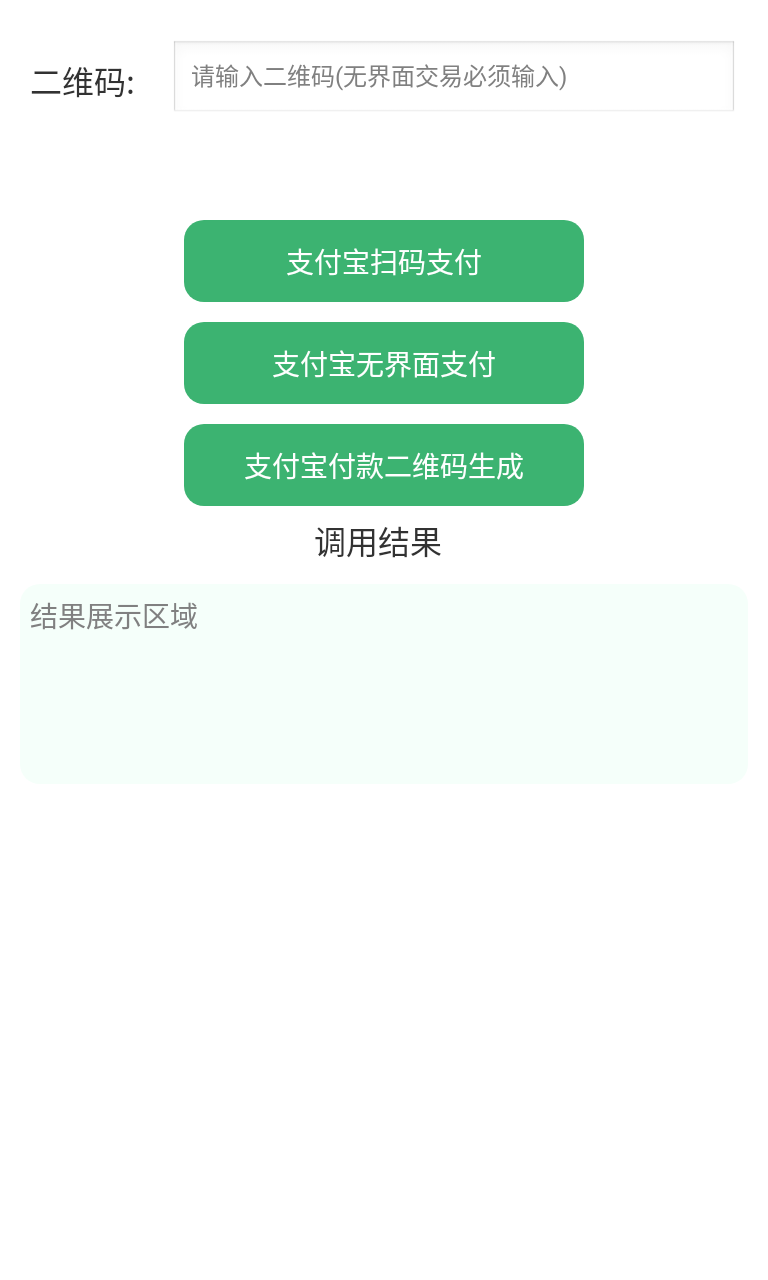
Repository: blanks1314/sysnc_android
Layout: UpayDemo/res/layout/fragment_wexin.xml
An editor plug-in stored every save of this project. The layout is shown before and after the next save, followed by the edit.
It is drawn on a 768 x 1280 px phone screen (xhdpi) without system bars, with theme AppTheme; the app's code is not run.

Above is the layout before, as saved 2015-04-28 06:54:05.

After the next save:
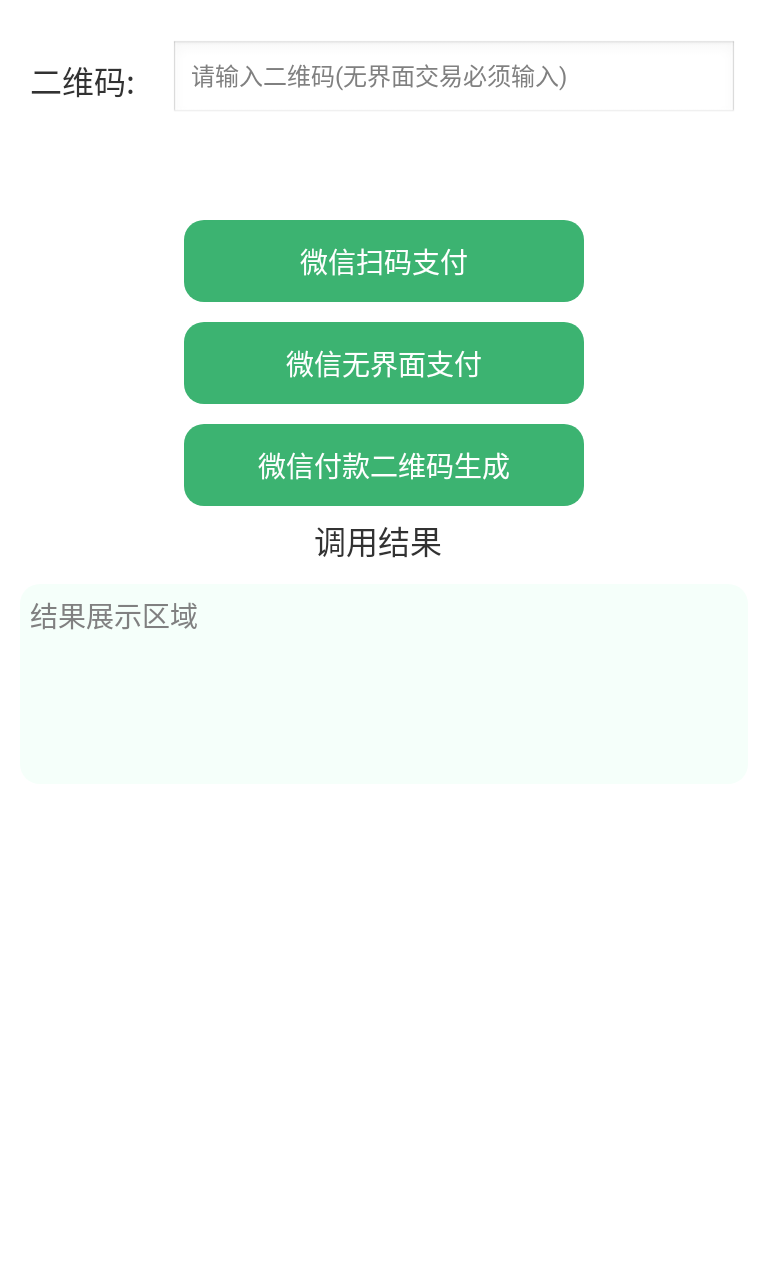
Saved 9 min 3 s later.
--- a/UpayDemo/res/layout/fragment_wexin.xml
+++ b/UpayDemo/res/layout/fragment_wexin.xml
@@ -25,15 +25,15 @@
         android:id="@+id/btn_pay"
         style="@style/btn_style_1"
         android:layout_marginTop="50dp"
-        android:text="支付宝扫码支付" />
+        android:text="微信扫码支付" />
     <Button
         android:id="@+id/btn_pay_none"
         style="@style/btn_style_1"
-        android:text="支付宝无界面支付" />
+        android:text="微信无界面支付" />
     <Button
         android:id="@+id/btn_qrcode"
         style="@style/btn_style_1"
-        android:text="支付宝付款二维码生成" />
+        android:text="微信付款二维码生成" />
     <TextView
             android:layout_width="70dp"
             android:layout_height="wrap_content"
